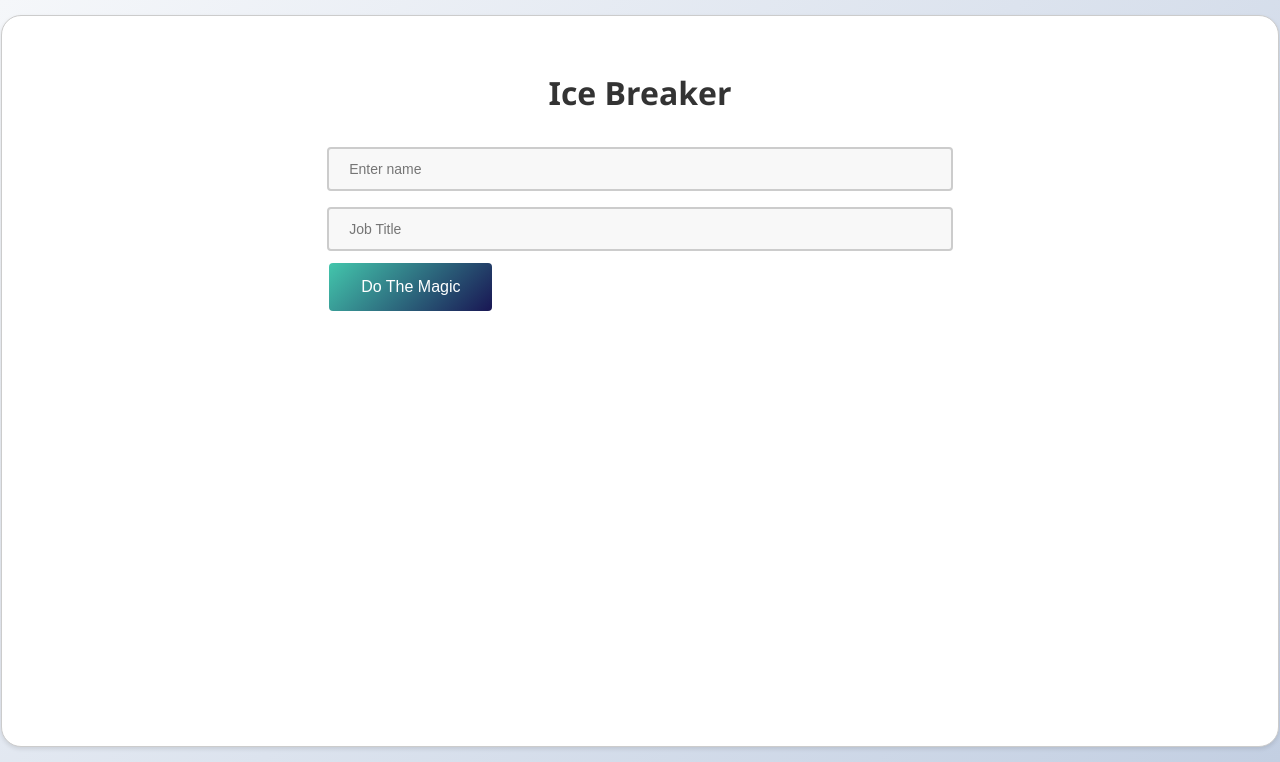
Repository: kunal02kb/Minor-Project-LangCahin
Page: http://localhost/
These files come from the project's save history. The page is drawn as it stood at one moment and after the next save; the edit follows.
The browser window is 1280 px wide. The pictures show the whole page.
Some web libraries are served in a nearby version. The page is served by the project's application, run on Flask 3 (app.py).

Above is the page before, as saved 2023-10-17 14:30:17.

After the next save:
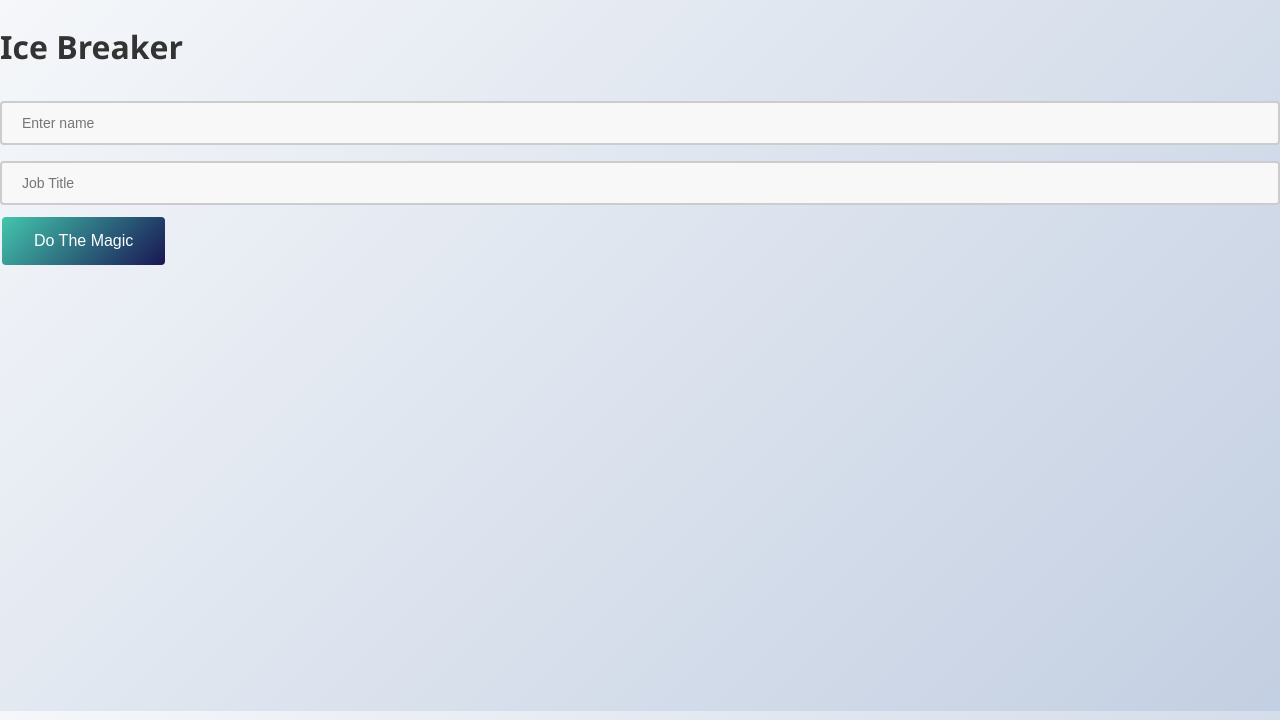
Saved 3 min 6 s later.
--- a/static/css/style.css
+++ b/static/css/style.css
@@ -65,7 +65,7 @@ body {
     min-height: 690px;
 }
 
-.container {
+.border-box {
     width: 95%;
     min-height: 670px;
     margin: 15px auto;
